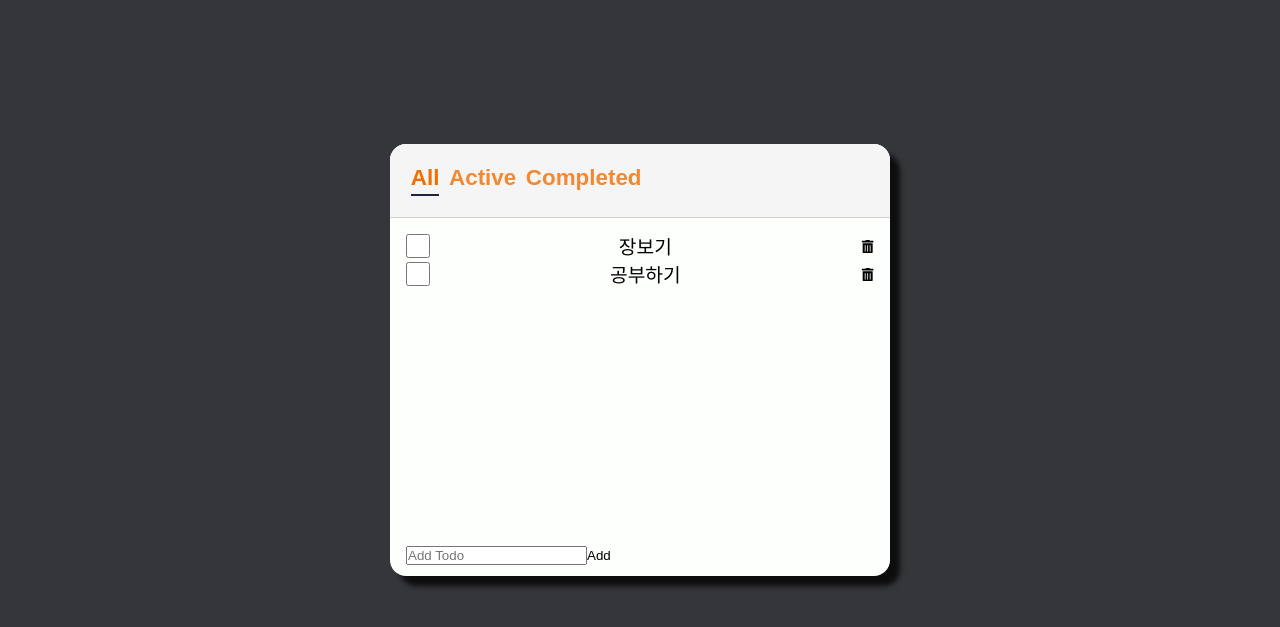
Repository: MrJinkyu/TodoList
Page: /
An editor plug-in stored every save of this project. The page is shown before and after the next save, followed by the edit.
The browser window is 1280 px wide. The pictures show the whole page.
The project was rebuilt for these pictures with package versions that can differ from the ones it lists, and the page was loaded fresh each time.

Above is the page before, as saved 2023-05-01 14:48:58.

After the next save:
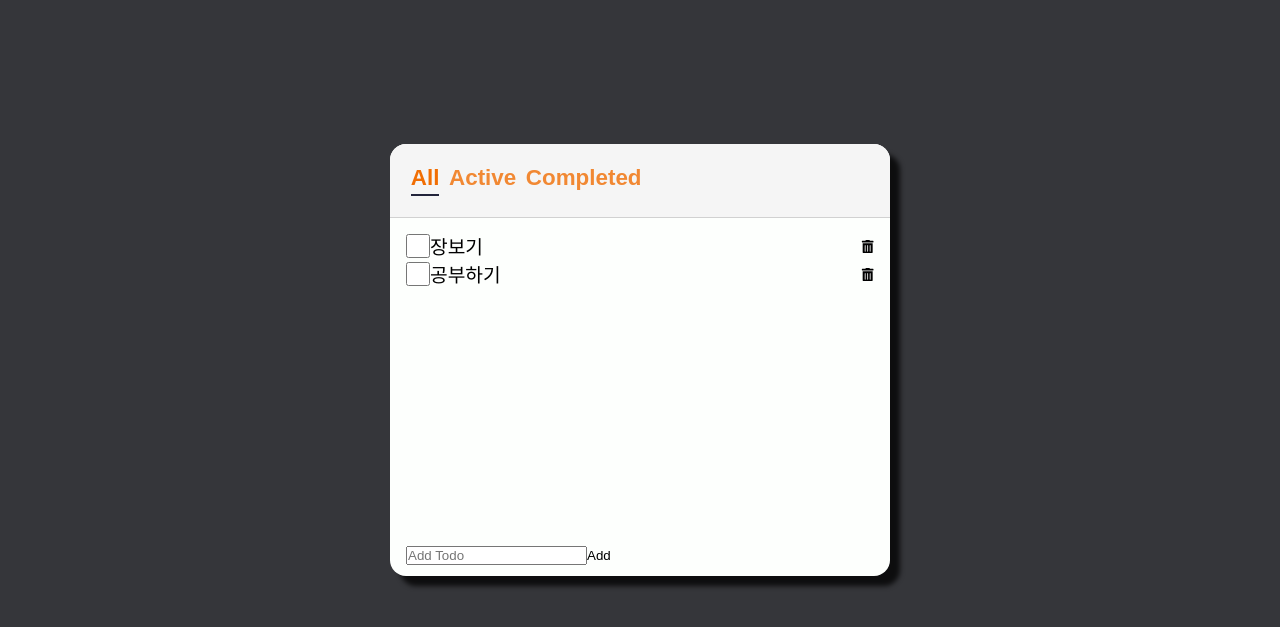
Saved 12 s later.
--- a/src/components/Todo.module.css
+++ b/src/components/Todo.module.css
@@ -10,7 +10,7 @@
 }
 
 .text{
-
+    flex: 1 1 0%;
 }
 
 .button{
